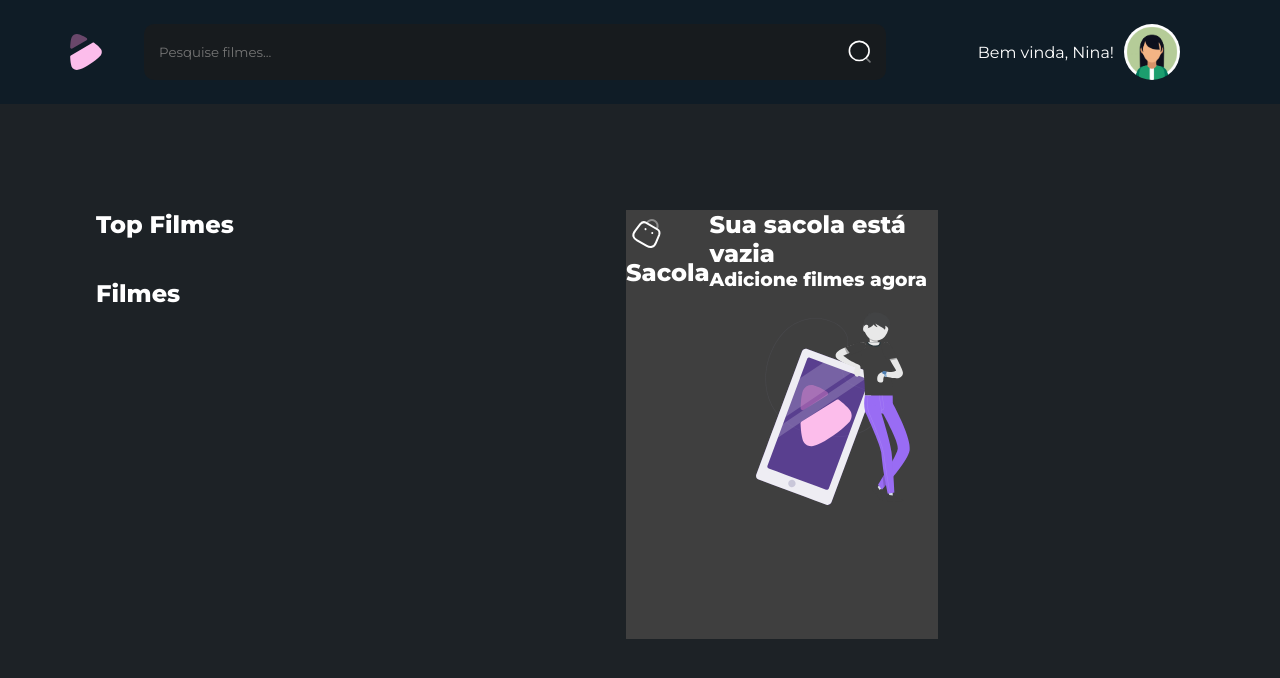
Repository: MilenaMelo/Cubos-Flix
Page: / (app in cubos-flix/)
The author's editor kept a copy of each file at every save. The page is drawn from the files as they stood at one save, then again after the next save.
The browser window is 1280 px wide. The pictures show the whole page.
The project was rebuilt for these pictures with package versions that can differ from the ones it lists, and the page was loaded fresh each time.

Above is the page before, as saved 2021-06-19 15:12:32.

### cubos-flix/public/index.html
<!DOCTYPE html>
<html lang="en">
  <head>
    <meta charset="utf-8" />
    <link rel="icon" href="%PUBLIC_URL%/favicon.ico" />
    <meta name="viewport" content="width=device-width, initial-scale=1" />
    <meta name="theme-color" content="#000000" />
    <meta
      name="description"
      content="Web site created using create-react-app"
    />
    <link rel="apple-touch-icon" href="%PUBLIC_URL%/logo192.png" />
    <link rel="manifest" href="%PUBLIC_URL%/manifest.json" />
    <title>Cubos Flix</title>
  </head>
  <body>
    <noscript>You need to enable JavaScript to run this app.</noscript>
    <div id="root"></div>

  </body>
</html>

### cubos-flix/src/App.js
import './App.css';
import Navbar from './components/Navbar';
import Bag from './components/Bag';


function App() {
  return (
    <div className="app">
      <header className="header">
        <Navbar/>
      </header>
      <section className="content">
        <div className="top-movies">
          <h1>Top Filmes</h1>

        </div>
        <div className="all-movies">
          <h1>Filmes</h1>

        </div>

      </section>
      <section className="side-content">
        <Bag/>
      </section>
    </div>
  );
}

export default App;

### cubos-flix/src/App.css
@import url('https://fonts.googleapis.com/css2?family=Montserrat:wght@400;600;800&display=swap');

/* ----------- SCREEN ----------- */
* {
    margin: 0px;
    font-family: 'Montserrat', sans-serif;
    color: #FFFFFF;
}

/* ----------- APPLICATION ----------- */

.app {
    height: 100vh;
    display: grid;
    grid-template-areas: 'header header'
                         'content side-content';
    grid-gap: 24px 50px;
    background-color: #1D2226;
}

.header {
    grid-area: header;
}

.content {
    grid-area: content;
}

.side-content {
    grid-area: side-content;
}

/* ----------- MAIN CONTENT ----------- */

.content {
    padding-left: 96px;
}

.top-movies, .all-movies {
    margin-bottom: 40px;
}

### cubos-flix/src/components/Navbar/index.js
import './style.css'
import logo from '../../assets/images/logo.svg'
import search_icon from '../../assets/images/search-icon.svg'
import profile_img from '../../assets/images/profile.jpg'


function Navbar() {
    return (
        <header className='navbar'>
            <img className='logo' src={logo} alt="logo"/>
            <div className='search-container'>
                <input className='search-input' type="text" name="Pesquisa" placeholder="Pesquise filmes..."/>
                <img className='search-img' src={search_icon} alt="Input de pesquisa"/>
            </div>
            <div className='profile-container'>
                <span>Bem vinda, Nina!</span>
                <img className='profile-img' src={profile_img} alt="Foto de perfil"/>
            </div>
        </header>
    );
}

export default Navbar;

### cubos-flix/src/components/Bag/index.js
import './style.css'
import bag_logo from '../../assets/images/person-illustration.svg'
import bag_icon from '../../assets/images/bag-icon.svg'


function Bag() {
    return (
        <div className='bag-container'>
          <header className='bag-header'>
            <img src={bag_icon} alt="Ícone de sacola" />
            <h1>Sacola</h1>
          </header>
          <div className='bag-content'>
            <h1>Sua sacola está vazia</h1>
            <h3>Adicione filmes agora</h3>
            <img src={bag_logo} alt="Ilustração" />
          </div>
        </div>
    );
}

export default Bag;

### cubos-flix/src/components/Navbar/style.css
/* ----------- NAVBAR ----------- */

.navbar {
    display: flex;
    padding: 24px 100px 24px 70px;
    background: #0F1C26;
}

/* ----------- LOGO ----------- */

.logo {
    margin-right: 42px;
}

/* ----------- SEARCH ----------- */

.search-container {
    display: flex;
    flex-grow: 1;
    position: relative;
    margin-right: 92px;
}

.search-input {
    width: 100%;
    outline: 0;
    padding: 16px 14px;
    border-radius: 10px;
    border: 1px solid transparent;
    background: #171B1E;
}

.search-input:hover {
    border: 1px solid #8C8C8C;
}

.search-input:focus {
    border: 1px solid #FDFDFD;
}

.search-img {
    height: 24px;
    cursor: pointer;
    align-self: center;
    position: absolute;
    right: 15px;
}

/* ----------- PROFILE ----------- */

.profile-container {
    display: flex;
    align-items: center;
    gap: 10px;
}

.profile-img {
    height: 56px;
    border-radius: 50%;
}

### cubos-flix/src/components/Bag/style.css
/* ----------- BAG ----------- */

.bag-container {
    width: 312px;
    height: 429px;
    display: flex;
    background: #3F3F3F;
}

Loaded but not shown: cubos-flix/src/index.js (common file)

After the next save:
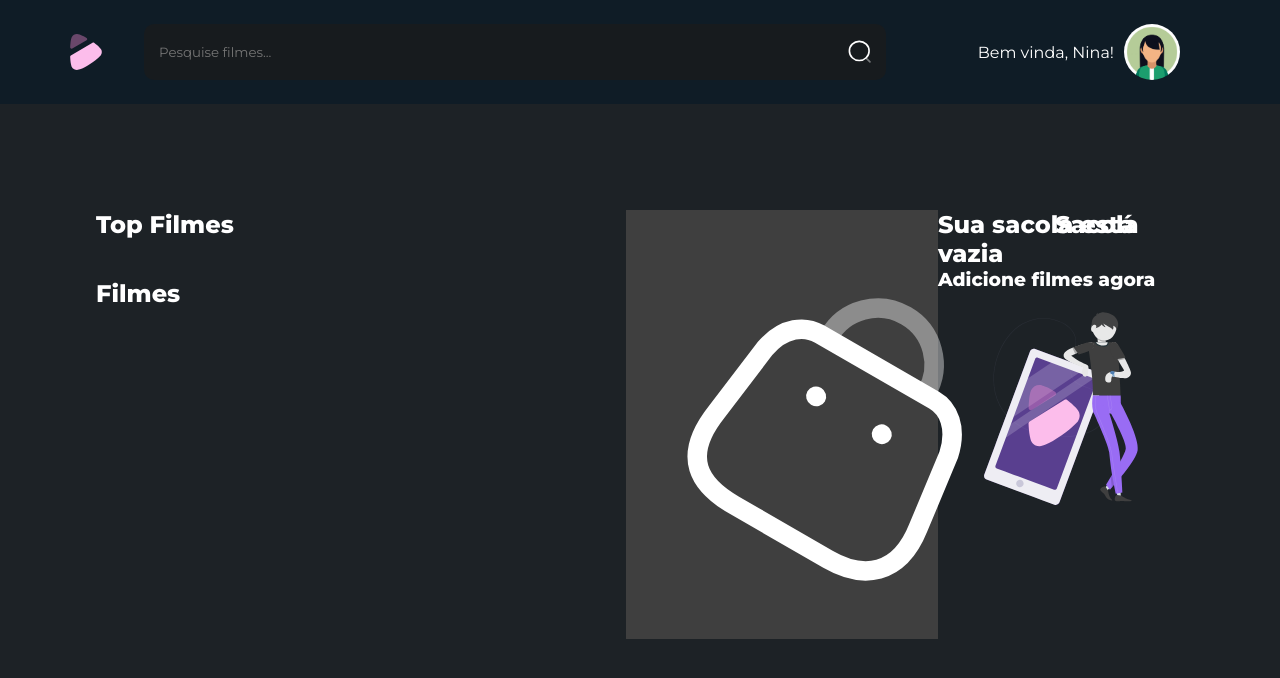
Saved 29 s later.
--- a/cubos-flix/src/components/Bag/style.css
+++ b/cubos-flix/src/components/Bag/style.css
@@ -6,3 +6,11 @@
     display: flex;
     background: #3F3F3F;
 }
+
+
+.bag-header {
+    width: 312px;
+    height: 429px;
+    display: flex;
+    background: #3F3F3F;
+}
